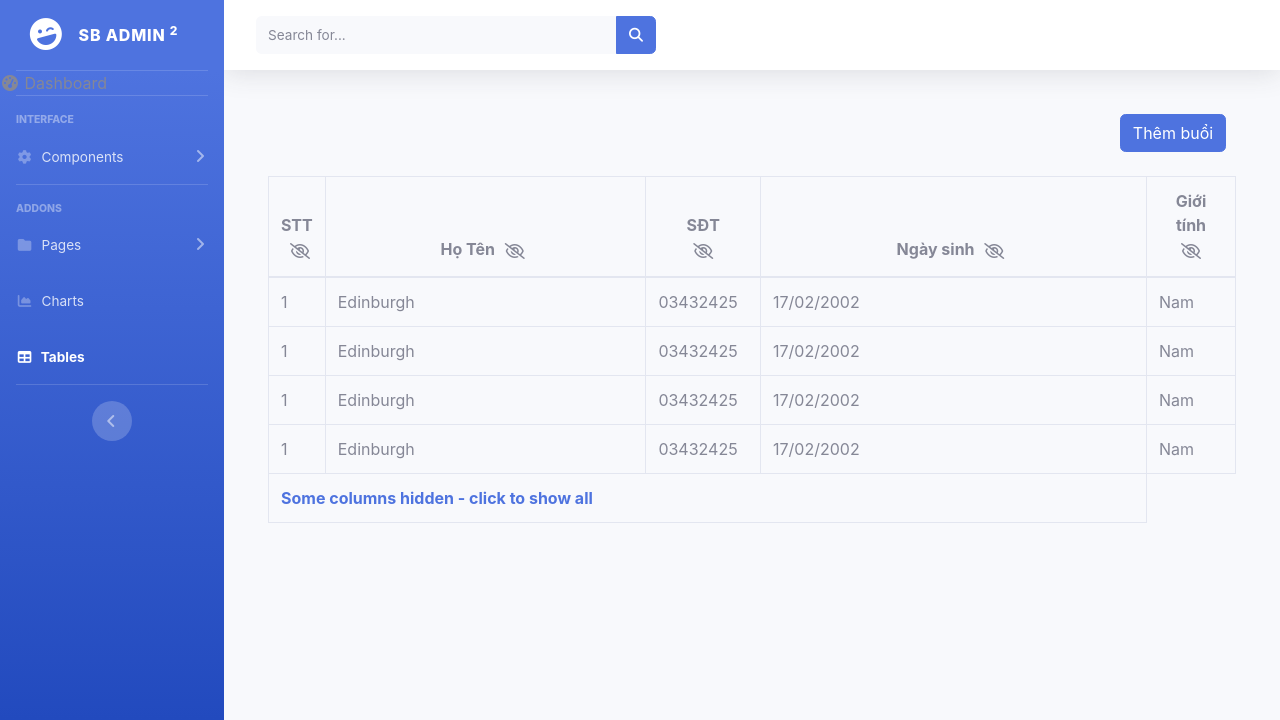
Repository: huyennvo/WebCiTEdu
Page: index.html
These files come from the project's save history. The page is drawn as it stood at one moment and after the next save; the edit follows.
The browser window is 1280 px wide. The pictures show the whole page.
Some web libraries are served in a nearby version.

Above is the page before, as saved 2022-07-30 10:01:22.

### index.html
<!DOCTYPE html>
<html lang="en">

<head>

    <meta charset="utf-8">
    <meta http-equiv="X-UA-Compatible" content="IE=edge">
    <meta name="viewport" content="width=device-width, initial-scale=1, shrink-to-fit=no">
    <meta name="description" content="">
    <meta name="author" content="">

    <title>CiT Edu</title>
    <link rel="stylesheet" href="https://cdn.jsdelivr.net/npm/bootstrap@4.6.1/dist/css/bootstrap.min.css">
    <script src="https://cdn.jsdelivr.net/npm/jquery@3.6.0/dist/jquery.slim.min.js"></script>
    <script src="https://cdn.jsdelivr.net/npm/popper.js@1.16.1/dist/umd/popper.min.js"></script>
    <script src="https://cdn.jsdelivr.net/npm/bootstrap@4.6.1/dist/js/bootstrap.bundle.min.js"></script>
    <script src="https://kit.fontawesome.com/1b99fd25e4.js" crossorigin="anonymous"></script>
</head>

<link href="vendor/fontawesome-free/css/all.min.css" rel="stylesheet" type="text/css">
<link href="./sb-admin-2.min.css" rel="stylesheet">
<style>
    /* body {
        padding: 15px;
    } */

    .table-hideable td,
    .table-hideable th {
        width: auto;
        transition: width .5s, margin .5s;
    }

    .btn-condensed.btn-condensed {
        padding: 0 5px;
        box-shadow: none;
    }
    /* use class to have a little animation */

    .hide-col {
        width: 0px !important;
        height: 0px !important;
        display: block !important;
        overflow: hidden !important;
        margin: 0 !important;
        padding: 0 !important;
        border: none !important;
    }
    .gioiTinh {
      width: 5vw !important;
    }
</style>

<!-- Custom styles for this template -->
<link href="css/sb-admin-2.min.css" rel="stylesheet">
<!--

<link href="http://maxcdn.bootstrapcdn.com/font-awesome/4.7.0/css/font-awesome.min.css" rel="stylesheet">
<link rel="stylesheet" href="css/buton.css">

<link rel="stylesheet" href="css/bootstrap.css">
<link rel="stylesheet" href="css/bootstrap.min.css">
<link rel="stylesheet" href="path/to/font-awesome/css/font-awesome.min.css">
<link href="https://cdn.jsdelivr.net/npm/bootstrap@5.2.0/dist/css/bootstrap.min.css" rel="stylesheet" integrity="sha384-gH2yIJqKdNHPEq0n4Mqa/HGKIhSkIHeL5AyhkYV8i59U5AR6csBvApHHNl/vI1Bx" crossorigin="anonymous" />
 -->

<!-- <link
href="https://cdn.jsdelivr.net/npm/bootstrap@5.2.0/dist/css/bootstrap.min.css"
rel="stylesheet"
integrity="sha384-gH2yIJqKdNHPEq0n4Mqa/HGKIhSkIHeL5AyhkYV8i59U5AR6csBvApHHNl/vI1Bx"
crossorigin="anonymous"
/> -->
<!-- <script
src="https://cdn.jsdelivr.net/npm/bootstrap@5.2.0/dist/js/bootstrap.bundle.min.js"
integrity="sha384-A3rJD856KowSb7dwlZdYEkO39Gagi7vIsF0jrRAoQmDKKtQBHUuLZ9AsSv4jD4Xa"
crossorigin="anonymous"
></script>  -->
<script src="./app.js"></script>
</head>

<body id="page-top">

    <!-- Page Wrapper -->
    <div id="wrapper">

        <!-- Sidebar -->
        <ul class="navbar-nav bg-gradient-primary sidebar sidebar-dark accordion" id="accordionSidebar">

            <!-- Sidebar - Brand -->
            <a class="sidebar-brand d-flex align-items-center justify-content-center" href="index.html">
                <div class="sidebar-brand-icon rotate-n-15">
                    <i class="fas fa-laugh-wink"></i>
                </div>
                <div class="sidebar-brand-text mx-3">SB Admin <sup>2</sup></div>
            </a>

            <!-- Divider -->
            <hr class="sidebar-divider my-0">

            <!-- Nav Item - Dashboard -->
            <li class="nav-item">
                <!-- <a class="nav-link" href="index.html"> -->
                <i class="fas fa-fw fa-tachometer-alt"></i>
                <span>Dashboard</span></a>
            </li>

            <!-- Divider -->
            <hr class="sidebar-divider">

            <!-- Heading -->
            <div class="sidebar-heading">
                Interface
            </div>

            <!-- Nav Item - Pages Collapse Menu -->
            <li class="nav-item">
                <a class="nav-link collapsed" href="#" data-toggle="collapse" data-target="#collapseTwo" aria-expanded="true" aria-controls="collapseTwo">
                    <i class="fas fa-fw fa-cog"></i>
                    <span>Components</span>
                </a>
            </li>

            <!-- Divider -->
            <hr class="sidebar-divider">

            <!-- Heading -->
            <div class="sidebar-heading">
                Addons
            </div>

            <!-- Nav Item - Pages Collapse Menu -->
            <li class="nav-item">
                <a class="nav-link collapsed" href="#" data-toggle="collapse" data-target="#collapsePages" aria-expanded="true" aria-controls="collapsePages">
                    <i class="fas fa-fw fa-folder"></i>
                    <span>Pages</span>
                </a>
            </li>

            <!-- Nav Item - Charts -->
            <li class="nav-item">
                <a class="nav-link" href="charts.html">
                    <i class="fas fa-fw fa-chart-area"></i>
                    <span>Charts</span></a>
            </li>

            <!-- Nav Item - Tables -->
            <li class="nav-item active">
                <a class="nav-link" href="tables.html">
                    <i class="fas fa-fw fa-table"></i>
                    <span>Tables</span></a>
            </li>

            <!-- Divider -->
            <hr class="sidebar-divider d-none d-md-block">

            <!-- Sidebar Toggler (Sidebar) -->
            <div class="text-center d-none d-md-inline">
                <button class="rounded-circle border-0" id="sidebarToggle"></button>
            </div>

        </ul>
        <!-- End of Sidebar -->

        <!-- Content Wrapper -->
        <div id="content-wrapper" class="d-flex flex-column">

            <!-- Main Content -->
            <div id="content">

                <!-- Topbar -->
                <nav class="navbar navbar-expand navbar-light bg-white topbar mb-4 static-top shadow">

                    <!-- Sidebar Toggle (Topbar) -->
                    <form class="form-inline">
                        <button id="sidebarToggleTop" class="btn btn-link d-md-none rounded-circle mr-3">
              <i class="fa fa-bars"></i>
            </button>
                    </form>

                    <!-- Topbar Search -->
                    <form class="d-none d-sm-inline-block form-inline mr-auto ml-md-3 my-2 my-md-0 mw-100 navbar-search">
                        <div class="input-group">
                            <input type="text" class="form-control bg-light border-0 small" placeholder="Search for..." aria-label="Search" aria-describedby="basic-addon2">
                            <div class="input-group-append">
                                <button class="btn btn-primary" type="button">
                  <i class="fas fa-search fa-sm"></i>
                </button>
                            </div>
                        </div>
                    </form>
                </nav>
                <!-- End of Topbar -->
                <!-- Begin Page Content -->
                <div class="container-fluid">
                    <div class="card-body">

                        <div class="table-responsive">
                            <button style="display: flex; position: relative;
                            left: 88%;" id="insertCol" class="btn btn-primary">Thêm buổi</button>
                            <br>
                            <table class="table table-bordered" id="dataTable" width="100%" cellspacing="0">
                                <thead style="text-align: center;">
                                    <tr id="row1">
                                        <th>
                                            STT
                                            <button style="width:2vw; text-align: centre" class="pull-right btn btn-default btn-condensed hide-column" data-toggle="tooltip" data-placement="bottom" title="Ẩn cột">
          <i class="fa fa-eye-slash"></i>
        </button>
                                        </th>

                                        <th>
                                            Họ Tên
                                            <button class="pull-right btn btn-default btn-condensed hide-column" data-toggle="tooltip" data-placement="bottom" title="Ẩn cột">
          <i class="fa fa-eye-slash"></i>
        </button>
                                        </th class="hide-col">
                                        <th>
                                            SĐT
                                            <button style="width: 7vw" class="pull-right btn btn-default btn-condensed hide-column" data-toggle="tooltip" data-placement="bottom" title="Ẩn cột">
          <i class="fa fa-eye-slash"></i>
        </button>
                                        </th>

                                        <th>
                                           Ngày sinh
                                            <button class="pull-right btn btn-default btn-condensed hide-column" data-toggle="tooltip" data-placement="bottom" title="Ẩn cột">
          <i class="fa fa-eye-slash"></i>
        </button>
                                       </th>
                                        </th class="hide-col">
                                        <th>
                                            Giới tính
                                            <button class="pull-right btn btn-default btn-condensed hide-column gioiTinh" data-toggle="tooltip" data-placement="bottom" title="Ẩn cột">
          <i class="fa fa-eye-slash"></i>
        </button>
                                        </th>

                                    </tr>
                                </thead>
                                <tbody id="myTable">


                                    <tr id="row2">
                                        <td style="width:2vw">1</td>
                                        <td>Edinburgh</td>
                                        <td style="width: 7vw">03432425</td>
                                        <td>17/02/2002</td>
                                        <td class="gioiTinh">Nam</td>
                                    </tr>
                                    <tr id="row3">
                                        <td style="width:3vw">1</td>
                                        <td>Edinburgh</td>
                                        <td style="width: 7vw">03432425</td>
                                        <td>17/02/2002</td>
                                        <td class="gioiTinh">Nam</td>
                                    </tr>
                                    <tr id="row4">
                                        <td style="width:2vw">1</td>
                                        <td>Edinburgh</td>
                                        <td style="width: 7vw" >03432425</td>
                                        <td>17/02/2002</td>
                                        <td class="gioiTinh">Nam</td>
                                    </tr>
                                    <tr id="row5">
                                        <td style="width:2vw">1</td>
                                        <td>Edinburgh</td>
                                        <td style="width: 7vw">03432425</td>
                                        <td>17/02/2002</td>
                                        <td class="gioiTinh">Nam</td>
                                    </tr>

                                </tbody>
                                <tfoot class="footer-restore-columns">
                                    <tr>
                                        <th colspan="4"><a class="restore-columns" href="#">Some columns hidden - click to show all</a></th>
                                    </tr>
                                </tfoot>
                            </table>
                        </div>
                    </div>
                </div>

            </div>
            <!-- /.container-fluid -->
        </div>
        <!-- End of Main Content -->

    </div>
    <!-- End of Content Wrapper -->

    </div>
    <!-- End of Page Wrapper -->

    <!-- Scroll to Top Button-->
    <!-- Button trigger modal -->


    <!-- Modal -->

    <div class="modal fade" id="exampleModal" tabindex="-1" aria-labelledby="exampleModalLabel" aria-hidden="true">
        <div class="modal-dialog">
            <div class="modal-content">
                <div class="modal-header">
                    <h5 class="modal-title" id="exampleModalLabel">Thông tin buổi học</h5>
                    <button type="button" class="close" data-dismiss="modal" aria-label="Close">
            <span aria-hidden="true">&times;</span>
          </button>
                </div>
                <div class="modal-body">
                    <form id="formInput-add">
                        <div class="form-group row">
                            <label class="col-md-3" for="inputName">Chủ nhiệm</label>
                            <input type="text" class="col-md-9 form-control" id="inputName" name="name" aria-describedby="emailHelp" placeholder="Tên chủ nhiệm" />
                        </div>
                        <div class="form-group row">
                            <label class="col-md-3" for="inputPrice">Trợ giảng</label>
                            <input type="" name="price" class="col-md-9 form-control" id="inputPrice" placeholder="Tên trợ giảng" />
                        </div>
                        <div class="form-group row">
                            <label class="col-md-3" for="inputDescription">Giảng viên</label>
                            <input type="" name="description" class="col-md-9 form-control" id="inputDescription" placeholder="Tên giảng viên" />
                        </div>
                        <div class="form-group row">
                            <label class="col-md-3" for="inputQuantity">Nội dung buổi học</label>

                            <input type="" name="product_site" class="col-md-9 form-control" id="inputProductSite" placeholder="" />
                            <!-- <textarea id="w3review" name="w3review" rows="4" cols="50"></textarea> -->
                        </div>
                        <div class="form-group row">
                            <label class="col-md-3" for="inputProductSite">Nhận xét</label>
                            <textarea type="" name="quantity" class="col-md-9 form-control" id="inputQuantity" placeholder=""></textarea>
                        </div>
                        <div class="modal-footer">
                            <button type="button" class="btn btn-primary">Lưu</button>
                            <button type="button" class="btn btn-secondary" data-dismiss="modal">Đóng</button>
                        </div>
                </div>
            </div>
        </div>
    </div>

</body>

</html>

### app.js
$(document).ready(function () {
  // $('#dataTable').on('click', '#select-all', function(){
  //    let a =$(this).className;
  //     console.log(a);
  //   // if ($(this).hasClass('allChecked')) {
      // $('input:checkbox[id^=a][type="checkbox"]').prop('checked', false);
  //   // } else {
  //   //   $('input:checkbox[id^=a][type="checkbox"]').prop('checked', true);
  //   // }
  //   // $(this).toggleClass('allChecked');
  // });
  // $("checkBox[id='checkbox1']")
  // $('#select-all2').click(function () {
  //   if ($(this).hasClass('allChecked')) {
  //     $('input:checkbox[id^="checkBox2"][type="checkbox"]').prop('checked', false);
  //   } else {
  //     $('input:checkbox[id^="checkBox2"][type="checkbox"]').prop('checked', true);
  //   }
  //   $(this).toggleClass('allChecked');
  // });
 // on init
 $(".table-hideable .hide-col").each(HideColumnIndex);

 // on click
 $('.hide-column').click(HideColumnIndex)

 function HideColumnIndex() {
     var $el = $(this);
     var $cell = $el.closest('th,td')
     var $table = $cell.closest('table')

     // get cell location - https://stackoverflow.com/a/4999018/1366033
     var colIndex = $cell[0].cellIndex + 1;
     // find and hide col index
     $table.find("tbody tr, thead tr")
         .children(":nth-child(" + colIndex + ")")
         .addClass('hide-col')

     // show restore footer
     $table.find(".footer-restore-columns").show()
 }

 // restore columns footer
 $(".restore-columns").click(function(e) {
     var $table = $(this).closest('table')
     $table.find(".footer-restore-columns").hide()
     $table.find("th, td")
         .removeClass('hide-col');

 })

 $('[data-toggle="tooltip"]').tooltip({
     trigger: 'hover'
 })

 let stt = 1;
 $("#insertCol").click(function(){
  let html1 = "";

  html1 +=`<th>Buổi ${stt} <button style="border: 0; background-color: #F8F9FC" data-stt="${stt}" class="checkBox${stt} select-all"><i
    class="fa-solid fa-check-double" style="color:green;"  data-toggle="tooltip" data-placement="right" title="Chọn tất cả"></i></button><br><button type="button"
    class="btn" data-toggle="modal" data-target="#exampleModal">
    Thêm
    </button>  <button class="pull-right btn btn-default btn-condensed hide-column" data-toggle="tooltip" data-placement="bottom" title="Hide Column">
    <i class="fa fa-eye-slash"></i>
    </button> </th>`;
    $("#row1").append(html1);
    for(let i = 0; i < 5; i++) {
      $(`#row${i + 2}`).append(`<td><input type="checkbox" id="checkBox${stt}" name="name" value="name">
      <select name="cars" id="cars" >
        <option value="saab" selected></option>
          <option value="saab" >Có phép</option>
          <option value="opel">Không phép</option>
          <option value="audi">Đi muộn</option>
        </select>
      </td>`);


    }


  // on init
 $(".table-hideable .hide-col").each(HideColumnIndex);

 // on click
 $('.hide-column').click(HideColumnIndex)

 function HideColumnIndex() {
     var $el = $(this);
     var $cell = $el.closest('th,td')
     var $table = $cell.closest('table')

     // get cell location - https://stackoverflow.com/a/4999018/1366033
     var colIndex = $cell[0].cellIndex + 1;
     // find and hide col index
     $table.find("tbody tr, thead tr")
         .children(":nth-child(" + colIndex + ")")
         .addClass('hide-col')

     // show restore footer
     $table.find(".footer-restore-columns").show()
 }

 // restore columns footer
 $(".restore-columns").click(function(e) {
     var $table = $(this).closest('table')
     $table.find(".footer-restore-columns").hide()
     $table.find("th, td")
         .removeClass('hide-col');

 })

 $('[data-toggle="tooltip"]').tooltip({
     trigger: 'hover'
 })
 $('.select-all').click(function () {
  let sttt = $(this).attr("data-stt");
  console.log(sttt);
  if ($(this).hasClass('allChecked')) {
    $(`input:checkbox[id^="checkBox${sttt}"][type="checkbox"]`).prop('checked', false);
  } else {
    $(`input:checkbox[id^="checkBox${sttt}"][type="checkbox"]`).prop('checked', true);
  }
  $(this).toggleClass('allChecked');
})
 stt++;
});




});

Loaded but not shown: sb-admin-2.min.css (library)

After the next save:
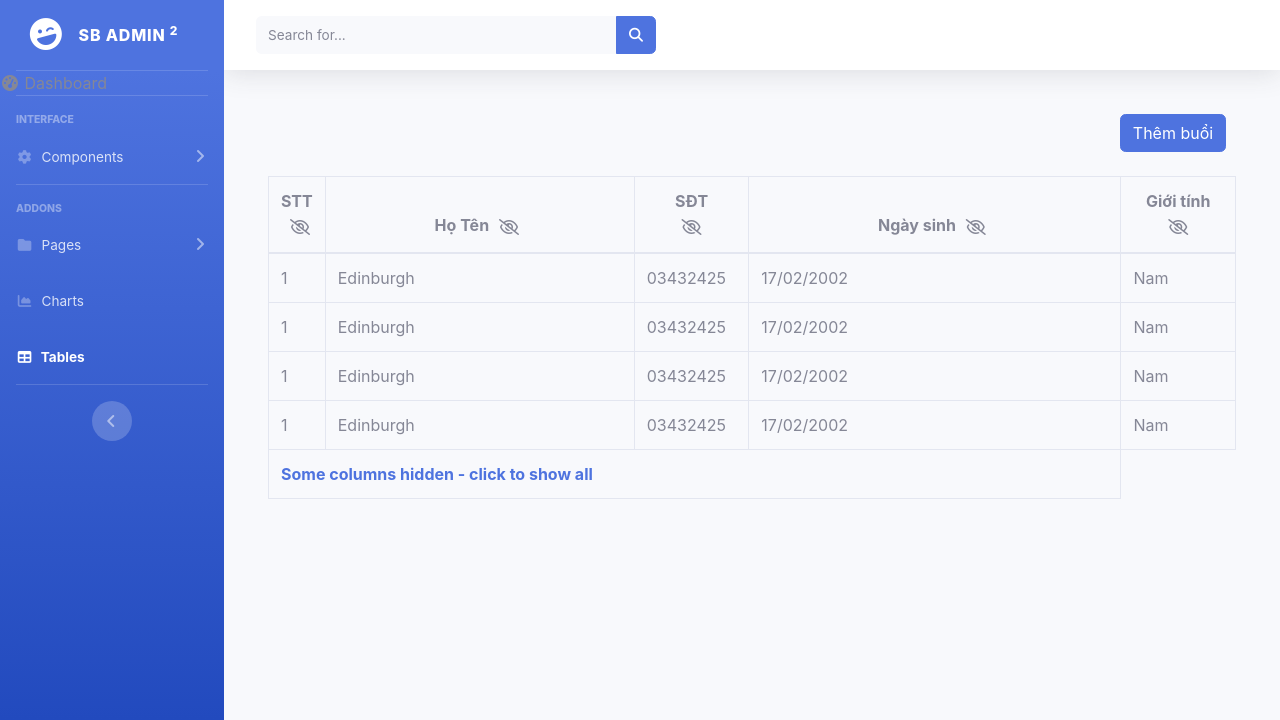
Saved 4 s later.
--- a/index.html
+++ b/index.html
@@ -46,7 +46,7 @@
         border: none !important;
     }
     .gioiTinh {
-      width: 5vw !important;
+      width: 7vw !important;
     }
 </style>
 
